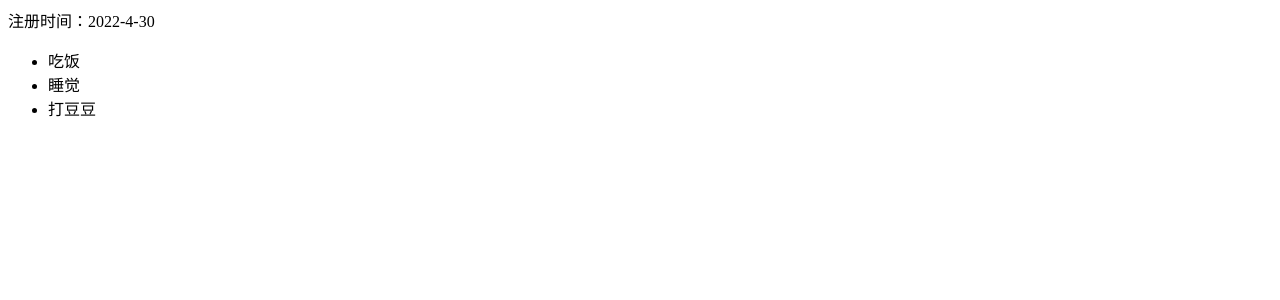
Repository: Bluesouls/eliauk.github.io
Page: Ajax学习笔记/day02/03模板引擎的使用.html
These files come from the project's save history. The page is drawn as it stood at one moment and after the next save; the edit follows.
The browser window is 1280 px wide. The pictures show the whole page.

Above is the page before, as saved 2022-05-01 15:28:14.

After the next save:
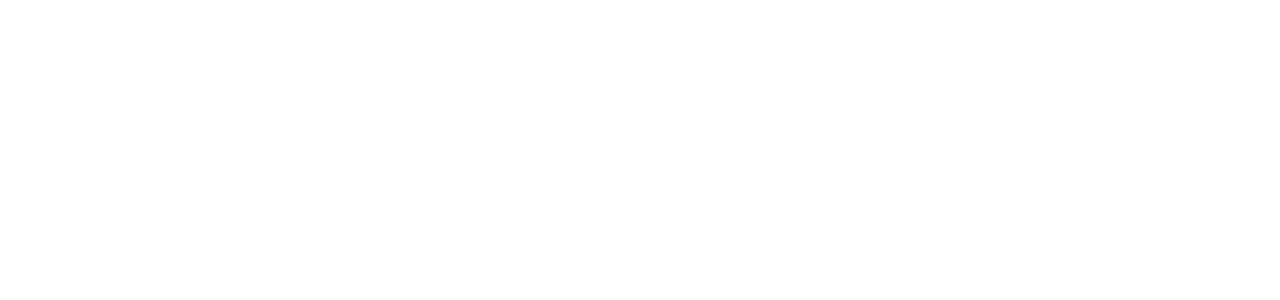
Console error (its wording comes from the project's code and is left out).
Saved 15 s later.
--- a/Ajax学习笔记/day02/03模板引擎的使用.html
+++ b/Ajax学习笔记/day02/03模板引擎的使用.html
@@ -22,7 +22,7 @@
     <ul>
       {{each hobby}}
       <li>
-        {{$value}}
+        {{$index ---- $value}}
       </li>
       {{/each}}
     </ul>

After the save that followed:
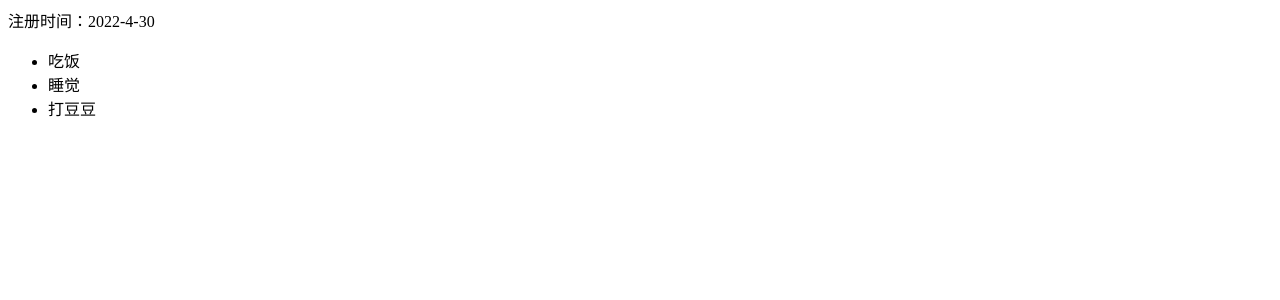
The error is gone.
Saved 9 s later.
--- a/Ajax学习笔记/day02/03模板引擎的使用.html
+++ b/Ajax学习笔记/day02/03模板引擎的使用.html
@@ -22,7 +22,7 @@
     <ul>
       {{each hobby}}
       <li>
-        {{$index ---- $value}}
+        {{$value}}
       </li>
       {{/each}}
     </ul>
